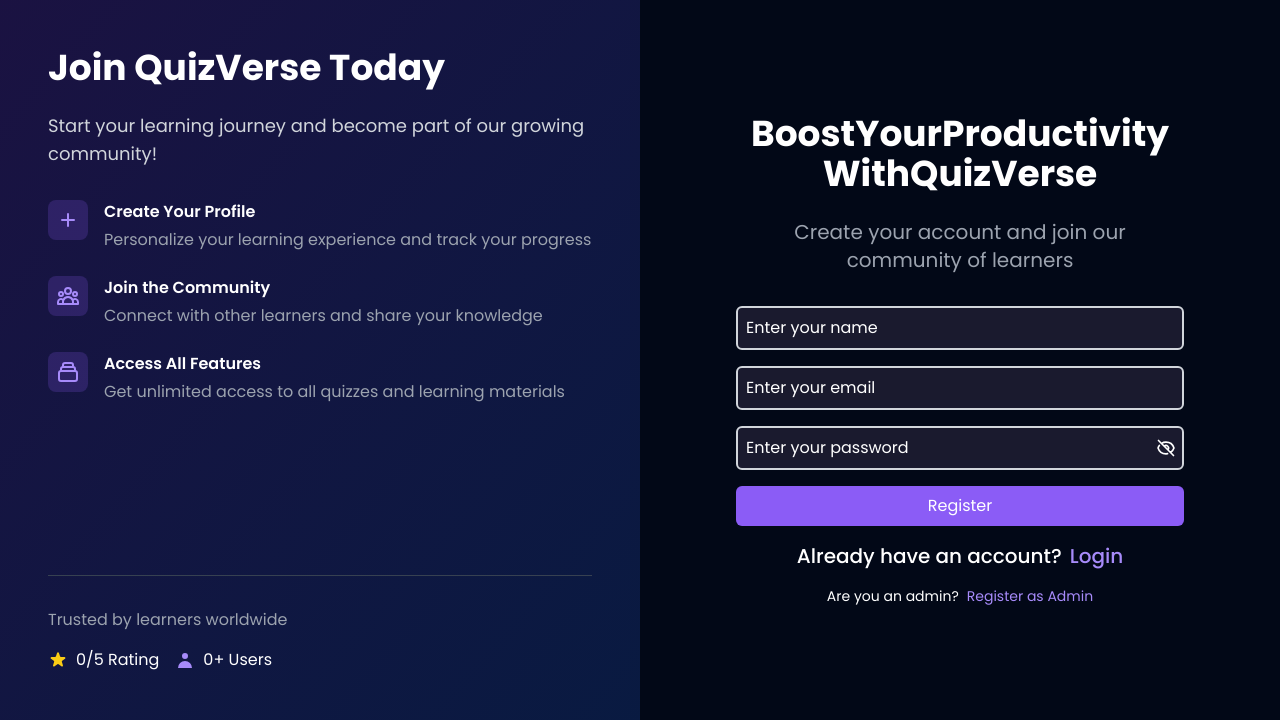
Repository: bdhanush-pxl/QuizVerse-InterviewPrep-MERN-stack-
Page: /register (app in Quiz/)
These files come from the project's save history. The page is drawn as it stood at one moment and after the next save; the edit follows.
The browser window is 1280 px wide. The pictures show the whole page.
The page's requests for data from a server got no answer. The project was rebuilt for these pictures with package versions that can differ from the ones it lists, and the page was loaded fresh each time. No one was signed in, and anything a server would have sent is missing. Also part of the build but not shown: Quiz/vite.config.js, Quiz/src/pages/Login.jsx, Quiz/src/pages/Discussion/Discussion.jsx, Quiz/src/pages/QuizSection.jsx, Quiz/src/pages/AdminDashboard.jsx, Quiz/src/services/quizService.js, Quiz/src/pages/UserProfile.jsx, Quiz/src/pages/AdminRegister.jsx and 11 more.

Above is the page before, as saved 2025-02-19 14:26:53.

### Quiz/index.html
<!doctype html>
<html lang="en">
  <head>
    <meta charset="UTF-8" />
    <link rel="icon" type="image/svg+xml" href="/vite.svg" />
    <meta name="viewport" content="width=device-width, initial-scale=1.0" />
    <link href="https://fonts.googleapis.com/css2?family=Poppins:wght@300;400;500;600;700&display=swap" rel="stylesheet">
    <title>QuizVerse</title>
  </head>
  <body>
    <div id="root"></div>
    <script type="module" src="/src/main.jsx"></script>
  </body>
</html>

### Quiz/src/App.jsx
import { BrowserRouter as Router, Routes, Route } from 'react-router-dom'
import { ToastContainer } from 'react-toastify'
import 'react-toastify/dist/ReactToastify.css'
import Register from './pages/Register'
import Login from './pages/Login'
import QuizSection from './pages/QuizSection'
import AdminDashboard from './pages/AdminDashboard'
import UserProfile from './pages/UserProfile'
import AdminRegister from './pages/AdminRegister'
import QuizResult from './pages/QuizResult'
import DBMSQuiz from './pages/quizzes/DBMSQuiz'
import OSQuiz from './pages/quizzes/OSQuiz'
import FrontendQuiz from './pages/quizzes/FrontendQuiz'
import BackendQuiz from './pages/quizzes/BackendQuiz'
import ReactQuiz from './pages/quizzes/ReactQuiz'
import NextJSQuiz from './pages/quizzes/NextJSQuiz'
import DataAnalyticsQuiz from './pages/quizzes/DataAnalyticsQuiz'
import DataScienceQuiz from './pages/quizzes/DataScienceQuiz'
import SystemDesignQuiz from './pages/quizzes/SystemDesignQuiz'

function App() {
  return (
    <Router>
      <Routes>
        <Route path="/" element={<Login />} />
        <Route path="/register" element={<Register />} />
        <Route path="/login" element={<Login />} />
        <Route path="/quiz" element={<QuizSection />} />
        <Route path="/admin-dashboard" element={<AdminDashboard />} />
        <Route path="/profile" element={<UserProfile />} />
        <Route path="/register-admin" element={<AdminRegister />} />
        <Route path="/quiz-result" element={<QuizResult />} />
        <Route path="/quiz/dbms" element={<DBMSQuiz />} />
        <Route path="/quiz/os" element={<OSQuiz />} />
        <Route path="/quiz/frontend" element={<FrontendQuiz />} />
        <Route path="/quiz/backend" element={<BackendQuiz />} />
        <Route path="/quiz/react" element={<ReactQuiz />} />
        <Route path="/quiz/nextjs" element={<NextJSQuiz />} />
        <Route path="/quiz/data-analytics" element={<DataAnalyticsQuiz />} />
        <Route path="/quiz/data-science" element={<DataScienceQuiz />} />
        <Route path="/quiz/system-design" element={<SystemDesignQuiz />} />
      </Routes>
      <ToastContainer />
    </Router>
  )
}

export default App

### Quiz/src/index.css
@import url('https://fonts.googleapis.com/css2?family=Poppins:wght@300;400;500;600;700&display=swap');

@tailwind base;
@tailwind components;
@tailwind utilities;


:root {
  font-family: 'Poppins', sans-serif;
  background-color: #080810;
}

/* Custom Scrollbar */
::-webkit-scrollbar {
  width: 8px;
  height: 8px;
}

::-webkit-scrollbar-track {
  background: #1a1a2e;
}

::-webkit-scrollbar-thumb {
  background: #7c3aed;
  border-radius: 4px;
}

::-webkit-scrollbar-thumb:hover {
  background: #6d28d9;
}

/* Animations */
@keyframes fadeIn {
  from {
    opacity: 0;
    transform: translateY(10px);
  }
  to {
    opacity: 1;
    transform: translateY(0);
  }
}

@keyframes slideIn {
  from {
    transform: translateX(-100%);
  }
  to {
    transform: translateX(0);
  }
}

@keyframes pulse {
  0%, 100% {
    opacity: 1;
  }
  50% {
    opacity: 0.5;
  }
}

/* Animation Classes */
.animate-fade-in {
  animation: fadeIn 0.5s ease-out;
}

.animate-slide-in {
  animation: slideIn 0.3s ease-out;
}

.animate-pulse-slow {
  animation: pulse 2s cubic-bezier(0.4, 0, 0.6, 1) infinite;
}

/* Quiz Component Styles */
.quiz-option {
  @apply transition-all duration-200 hover:shadow-lg;
}

.quiz-option.selected {
  @apply ring-2 ring-violet-500;
}

.quiz-option.correct {
  @apply bg-green-500/20 border-green-500;
}

.quiz-option.incorrect {
  @apply bg-red-500/20 border-red-500;
}

/* Progress Bar Animation */
@keyframes progress {
  from {
    width: 0;
  }
}

.progress-bar {
  animation: progress 0.6s ease-in-out;
}

/* Loading Spinner */
.loading-spinner {
  @apply w-8 h-8 border-4 border-violet-500 border-t-transparent rounded-full;
  animation: spin 1s linear infinite;
}

@keyframes spin {
  from {
    transform: rotate(0deg);
  }
  to {
    transform: rotate(360deg);
  }
}

### Quiz/src/pages/Register.jsx
import { useState, useEffect } from 'react'
import { useNavigate } from 'react-router-dom';
import BlurText from '../components/BlurText';

// Add this email validation function at the top of your file, after the imports
const isValidEmail = (email) => {
  const emailRegex = /^[a-zA-Z0-9._-]+@[a-zA-Z0-9.-]+\.[a-zA-Z]{2,6}$/;
  return emailRegex.test(email);
};

function Register() {
  const navigate = useNavigate();
  const [name, setName] = useState('');
  const [email, setEmail] = useState('');
  const [password, setPassword] = useState('');
  const [error, setError] = useState('');
  const [isError, setIsError] = useState(false);
  const [showPassword, setShowPassword] = useState(false);
  const [stats, setStats] = useState({
    averageRating: 0,
    userCount: 0
  });

  useEffect(() => {
    fetchStats();
  }, []);

  const fetchStats = async () => {
    try {
      const response = await fetch('http://localhost:3000/api/stats');
      const data = await response.json();
      if (data.status === 'ok') {
        setStats({
          averageRating: data.averageRating.toFixed(1),
          userCount: data.userCount
        });
      }
    } catch (error) {
      console.error('Error fetching stats:', error);
    }
  };

  // Update the handleSubmit function
  const handleSubmit = async (e) => {
    e.preventDefault();

    // Email validation check
    if (!isValidEmail(email)) {
      setIsError(true);
      setError('Please enter a valid email address');
      return;
    }

    try {
      const response = await fetch('http://localhost:3000/api/register', {
        method: 'POST',
        headers: {
          'Content-Type': 'application/json',
        },
        body: JSON.stringify({
          name,
          email,
          password,
          joinedDate: new Date().toISOString()
        }),
      });
      const data = await response.json();
      if(data.status === 'ok') {
        navigate('/login');
      } else {
        setIsError(true);
        setError(data.message || 'Registration failed');
      }
    } catch (error) {
      setIsError(true);
      setError('An error occurred during registration');
    }
  }

  return (
    <div className='min-h-screen bg-[#020817] flex'>
      {/* Left Section - Features */}
      <div className='hidden lg:flex lg:w-1/2 bg-gradient-to-br from-violet-600/20 to-blue-600/20 p-12 flex-col justify-between'>
        <div>
          <h1 className='text-4xl font-bold text-white mb-6'>Join QuizVerse Today</h1>
          <p className='text-gray-300 text-lg mb-8'>Start your learning journey and become part of our growing community!</p>

          <div className='space-y-6'>
            <div className='flex items-start space-x-4'>
              <div className='bg-violet-500/20 p-2 rounded-lg'>
                <svg className="w-6 h-6 text-violet-400" fill="none" stroke="currentColor" viewBox="0 0 24 24">
                  <path strokeLinecap="round" strokeLinejoin="round" strokeWidth="2" d="M12 6v6m0 0v6m0-6h6m-6 0H6" />
                </svg>
              </div>
              <div>
                <h3 className='text-white font-semibold mb-1'>Create Your Profile</h3>
                <p className='text-gray-400'>Personalize your learning experience and track your progress</p>
              </div>
            </div>

            <div className='flex items-start space-x-4'>
              <div className='bg-violet-500/20 p-2 rounded-lg'>
                <svg className="w-6 h-6 text-violet-400" fill="none" stroke="currentColor" viewBox="0 0 24 24">
                  <path strokeLinecap="round" strokeLinejoin="round" strokeWidth="2" d="M17 20h5v-2a3 3 0 00-5.356-1.857M17 20H7m10 0v-2c0-.656-.126-1.283-.356-1.857M7 20H2v-2a3 3 0 015.356-1.857M7 20v-2c0-.656.126-1.283.356-1.857m0 0a5.002 5.002 0 019.288 0M15 7a3 3 0 11-6 0 3 3 0 016 0zm6 3a2 2 0 11-4 0 2 2 0 014 0zM7 10a2 2 0 11-4 0 2 2 0 014 0z" />
                </svg>
              </div>
              <div>
                <h3 className='text-white font-semibold mb-1'>Join the Community</h3>
                <p className='text-gray-400'>Connect with other learners and share your knowledge</p>
              </div>
            </div>

            <div className='flex items-start space-x-4'>
              <div className='bg-violet-500/20 p-2 rounded-lg'>
                <svg className="w-6 h-6 text-violet-400" fill="none" stroke="currentColor" viewBox="0 0 24 24">
                  <path strokeLinecap="round" strokeLinejoin="round" strokeWidth="2" d="M19 11H5m14 0a2 2 0 012 2v6a2 2 0 01-2 2H5a2 2 0 01-2-2v-6a2 2 0 012-2m14 0V9a2 2 0 00-2-2M5 11V9a2 2 0 012-2m0 0V5a2 2 0 012-2h6a2 2 0 012 2v2M7 7h10" />
                </svg>
              </div>
              <div>
                <h3 className='text-white font-semibold mb-1'>Access All Features</h3>
                <p className='text-gray-400'>Get unlimited access to all quizzes and learning materials</p>
              </div>
            </div>
          </div>
        </div>

        <div className='border-t border-gray-700 pt-8'>
          <div className='flex flex-col space-y-4'>
            <span className='text-gray-400'>Trusted by learners worldwide</span>
            <div className='flex space-x-4'>
              <div className='flex items-center space-x-2'>
                <svg className="w-5 h-5 text-yellow-400" fill="currentColor" viewBox="0 0 20 20">
                  <path d="M9.049 2.927c.3-.921 1.603-.921 1.902 0l1.07 3.292a1 1 0 00.95.69h3.462c.969 0 1.371 1.24.588 1.81l-2.8 2.034a1 1 0 00-.364 1.118l1.07 3.292c.3.921-.755 1.688-1.54 1.118l-2.8-2.034a1 1 0 00-1.175 0l-2.8 2.034c-.784.57-1.838-.197-1.539-1.118l1.07-3.292a1 1 0 00-.364-1.118L2.98 8.72c-.783-.57-.38-1.81.588-1.81h3.461a1 1 0 00.951-.69l1.07-3.292z" />
                </svg>
                <span className='text-white'>{stats.averageRating}/5 Rating</span>
              </div>
              <div className='flex items-center space-x-2'>
                <svg className="w-5 h-5 text-violet-400" fill="currentColor" viewBox="0 0 20 20">
                  <path fillRule="evenodd" d="M10 9a3 3 0 100-6 3 3 0 000 6zm-7 9a7 7 0 1114 0H3z" clipRule="evenodd" />
                </svg>
                <span className='text-white'>{stats.userCount.toLocaleString()}+ Users</span>
              </div>
            </div>
          </div>
        </div>
      </div>

      <div className='w-full lg:w-1/2 flex flex-col items-center justify-center p-8'>
        <div className='w-full max-w-md'>
          <BlurText
            text="Boost Your Productivity With QuizVerse"
            delay={150}
            animateBy="words"
            direction="top"
            className="text-4xl font-bold text-white text-center mb-6 mx-auto"
          />
          <p className="text-center text-xl text-gray-400 mb-8">Create your account and join our community of learners</p>

          <form className='flex flex-col gap-4' onSubmit={handleSubmit}>
            <input
              type="text"
              placeholder="Enter your name"
              value={name}
              onChange={(e) => setName(e.target.value)}
              className={`border-2 ${isError ? 'border-red-500' : 'border-gray-300'} rounded-md p-2 block placeholder-white text-white w-full bg-[#1a1a2e]`}
            />
            <input
              type="email"
              placeholder="Enter your email"
              value={email}
              onChange={(e) => setEmail(e.target.value)}
              className={`border-2 ${isError ? 'border-red-500' : 'border-gray-300'} rounded-md p-2 block placeholder-white text-white w-full bg-[#1a1a2e]`}
            />
            <div className="relative">
              <input
                type={showPassword ? "text" : "password"}
                placeholder="Enter your password"
                value={password}
                onChange={(e) => setPassword(e.target.value)}
                className={`border-2 ${isError ? 'border-red-500' : 'border-gray-300'} rounded-md p-2 block placeholder-white text-white w-full pr-10 bg-[#1a1a2e]`}
              />
              <button
                type="button"
                onClick={() => setShowPassword(!showPassword)}
                className="absolute right-2 top-1/2 transform -translate-y-1/2 text-white hover:text-gray-300"
              >
                {showPassword ? (
                  <svg className="w-5 h-5" fill="none" stroke="currentColor" viewBox="0 0 24 24">
                    <path strokeLinecap="round" strokeLinejoin="round" strokeWidth="2" d="M15 12a3 3 0 11-6 0 3 3 0 016 0z" />
                    <path strokeLinecap="round" strokeLinejoin="round" strokeWidth="2" d="M2.458 12C3.732 7.943 7.523 5 12 5c4.478 0 8.268 2.943 9.542 7-1.274 4.057-5.064 7-9.542 7-4.477 0-8.268-2.943-9.542-7z" />
                  </svg>
                ) : (
                  <svg className="w-5 h-5" fill="none" stroke="currentColor" viewBox="0 0 24 24">
                    <path strokeLinecap="round" strokeLinejoin="round" strokeWidth="2" d="M13.875 18.825A10.05 10.05 0 0112 19c-4.478 0-8.268-2.943-9.543-7a9.97 9.97 0 011.563-3.029m5.858.908a3 3 0 114.243 4.243M9.878 9.878l4.242 4.242M9.88 9.88l-3.29-3.29m7.532 7.532l3.29 3.29M3 3l3.59 3.59m0 0A9.953 9.953 0 0112 5c4.478 0 8.268 2.943 9.543 7a10.025 10.025 0 01-4.132 5.411m0 0L21 21" />
                  </svg>
                )}
              </button>
            </div>
            {isError && <p className="text-red-500 text-sm">{error}</p>}
            <button
              type='submit'
              className='bg-violet-500 text-white p-2 rounded-md w-full hover:bg-violet-600 transition-colors duration-200'
            >
              Register
            </button>
            <p className='text-white text-xl font-medium text-center'>
              Already have an account?
              <span onClick={() => navigate('/login')} className='text-violet-400 cursor-pointer hover:text-violet-300 ml-2'>
                Login
              </span>
            </p>
            <p className='text-white text-sm text-center'>
              Are you an admin?
              <span onClick={() => navigate('/register-admin')} className='text-violet-400 cursor-pointer hover:text-violet-300 ml-2'>
                Register as Admin
              </span>
            </p>
          </form>
        </div>
      </div>
    </div>
  )
}

export default Register;

### Quiz/src/components/BlurText.jsx
import { useState, useEffect } from 'react';
import { motion } from 'framer-motion';

const BlurText = ({ text, delay = 40, animateBy = 'letters', direction = 'right', className }) => {
  const [isVisible, setIsVisible] = useState(false);

  useEffect(() => {
    setIsVisible(true);
  }, []);

  const elements = animateBy === 'letters'
    ? text.split('')
    : text.split(' ');

  const container = {
    hidden: { opacity: 0 },
    visible: {
      opacity: 1,
      transition: { staggerChildren: delay / 1000 }
    }
  };

  const child = {
    hidden: {
      opacity: 0,
      y: direction === 'top' ? 20 : 0,
      x: direction === 'right' ? 20 : 0
    },
    visible: {
      opacity: 1,
      y: 0,
      x: 0,
      transition: { duration: 0.5 }
    }
  };

  return (
    <motion.div
      variants={container}
      initial="hidden"
      animate={isVisible ? "visible" : "hidden"}
      className={className}
    >
      {elements.map((el, idx) => (
        <motion.span
          key={idx}
          variants={child}
          style={{ display: 'inline-block' }}
        >
          {el}{animateBy === 'words' && idx !== elements.length - 1 ? ' ' : ''}
        </motion.span>
      ))}
    </motion.div>
  );
};

export default BlurText;

### Quiz/tailwind.config.js
/** @type {import('tailwindcss').Config} */
export default {
    content: [
      "./index.html",
      "./src/**/*.{js,jsx,ts,tsx}",
    ],
    theme: {
      extend: {
        fontFamily: {
        'poppins': ['Poppins', 'sans-serif'],
      },
      },
    },
    plugins: [],
  }

Loaded but not shown: Quiz/src/main.jsx (common file)

After the next save:
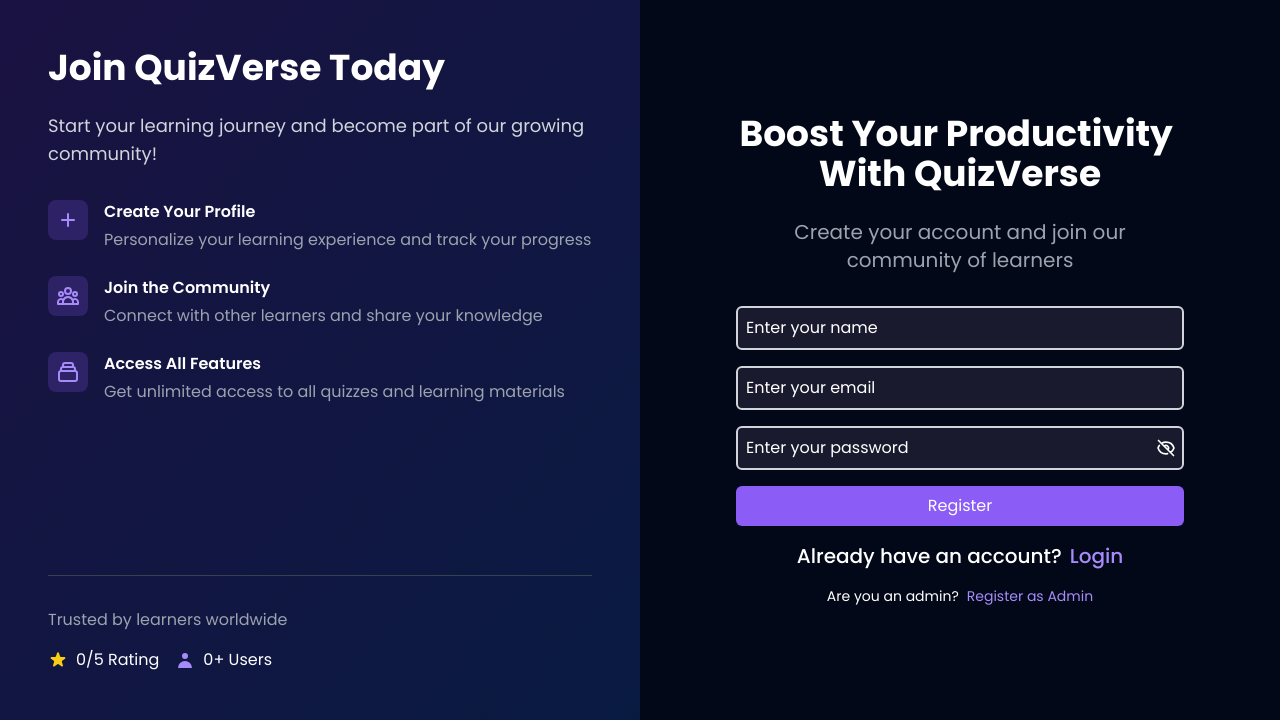
Saved 11 min 52 s later.
--- a/Quiz/src/components/BlurText.jsx
+++ b/Quiz/src/components/BlurText.jsx
@@ -1,53 +1,73 @@
 import { useState, useEffect } from 'react';
 import { motion } from 'framer-motion';
 
-const BlurText = ({ text, delay = 40, animateBy = 'letters', direction = 'right', className }) => {
+const BlurText = ({
+  text,
+  delay = 40,
+  animateBy = 'letters',
+  direction = 'right',
+  className = ''
+}) => {
   const [isVisible, setIsVisible] = useState(false);
+  const [elements, setElements] = useState([]);
 
   useEffect(() => {
     setIsVisible(true);
-  }, []);
+    setElements(animateBy === 'letters' ? text.split('') : text.split(' '));
+  }, [text, animateBy]);
 
-  const elements = animateBy === 'letters'
-    ? text.split('')
-    : text.split(' ');
-
-  const container = {
-    hidden: { opacity: 0 },
+  const containerVariants = {
+    hidden: {
+      opacity: 0,
+      filter: 'blur(10px)'
+    },
     visible: {
       opacity: 1,
-      transition: { staggerChildren: delay / 1000 }
+      filter: 'blur(0px)',
+      transition: {
+        staggerChildren: delay / 1000,
+        duration: 0.5
+      }
     }
   };
 
-  const child = {
+  const itemVariants = {
     hidden: {
       opacity: 0,
       y: direction === 'top' ? 20 : 0,
-      x: direction === 'right' ? 20 : 0
+      x: direction === 'right' ? 20 : 0,
+      filter: 'blur(10px)'
     },
     visible: {
       opacity: 1,
       y: 0,
       x: 0,
-      transition: { duration: 0.5 }
+      filter: 'blur(0px)',
+      transition: {
+        duration: 0.5,
+        ease: "easeOut"
+      }
     }
   };
 
   return (
     <motion.div
-      variants={container}
+      variants={containerVariants}
       initial="hidden"
       animate={isVisible ? "visible" : "hidden"}
-      className={className}
+      className={`font-poppins ${className}`}
     >
       {elements.map((el, idx) => (
         <motion.span
           key={idx}
-          variants={child}
-          style={{ display: 'inline-block' }}
+          variants={itemVariants}
+          style={{
+            display: 'inline-block',
+            whiteSpace: 'pre'
+          }}
         >
-          {el}{animateBy === 'words' && idx !== elements.length - 1 ? ' ' : ''}
+          {el}
+          {animateBy === 'words' && idx !== elements.length - 1 ? ' ' : ''}
         </motion.span>
       ))}
     </motion.div>
